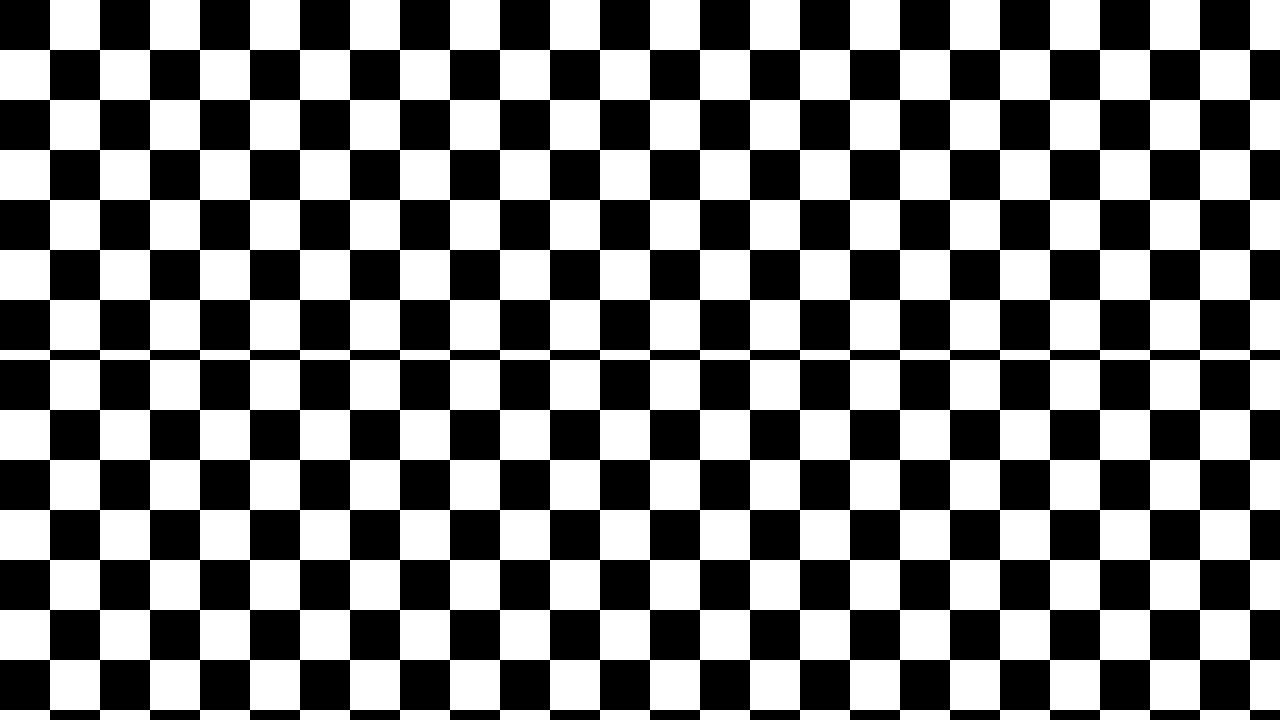
Repository: atwesson/portfoilo
Page: index.html
An editor plug-in stored every save of this project. The page is shown before and after the next save, followed by the edit.
The browser window is 1280 px wide. The pictures show the whole page.

Above is the page before, as saved 2021-11-17 10:10:29.

### index.html
<!DOCTYPE html>
<html lang="en">

<head>
    <meta charset="UTF-8">
    <meta http-equiv="X-UA-Compatible" content="IE=edge">
    <meta name="viewport" content="width=device-width, initial-scale=1.0">
    <link href="https://cdn.jsdelivr.net/npm/bootstrap@5.1.3/dist/css/bootstrap.min.css" rel="stylesheet"
        integrity="sha384-1BmE4kWBq78iYhFldvKuhfTAU6auU8tT94WrHftjDbrCEXSU1oBoqyl2QvZ6jIW3" crossorigin="anonymous">
    <link rel="stylesheet" type="text/css" href="style.css">
    <title>portfoilo
    </title>
</head>

<body>
    <section>
        <div class="pattern">
            <div class="face face1">
            </div>
            <div class="face face2"></div>
        </div>
    </section>



    <script src="https://cdn.jsdelivr.net/npm/bootstrap@5.1.3/dist/js/bootstrap.bundle.min.js"
        integrity="sha384-ka7Sk0Gln4gmtz2MlQnikT1wXgYsOg+OMhuP+IlRH9sENBO0LRn5q+8nbTov4+1p"
        crossorigin="anonymous"></script>
    <script src="scripts.js"></script>
</body>

</html>

### style.css
*
{
    margin: 0;
    padding: 0;
}

section{
    position: fixed;
    top: 0;
    left: 0;
    width: 100%;
    height: 100vh;
    overflow: hidden;
}
.pattern
{
    position: relative;
    transform-style: preserve-3d;
    perspective: 1000px;
}

.pattern .face{
    position: relative;
    width: 100%;
    height: 50vh;
    background: url(/assets/check.jpg);
    background-size: 100px 100px;
}{
.pattern .face.face2{
    height: 100vh;
    transform-origin: top;
    transform: rotateX(70deg);
}

Loaded but not shown: scripts.js (no stored copy; drawn as an empty file)

After the next save:
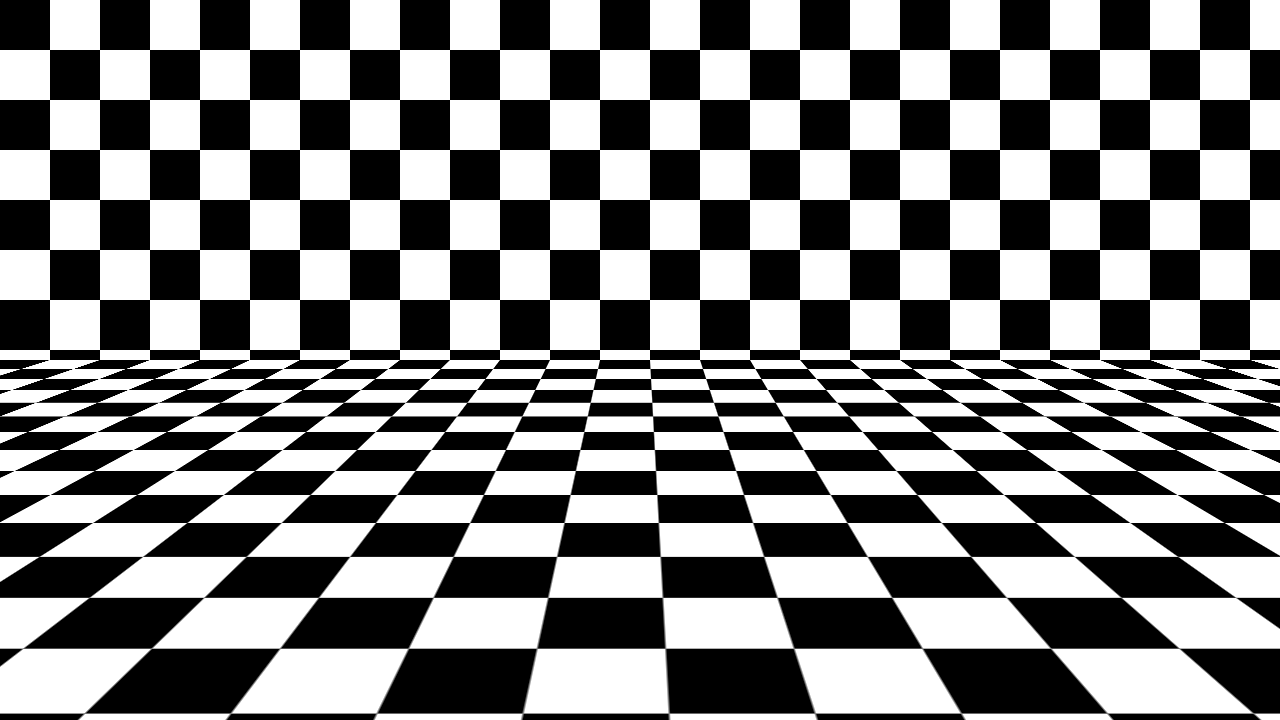
Saved 35 s later.
--- a/style.css
+++ b/style.css
@@ -25,7 +25,7 @@ section{
     height: 50vh;
     background: url(/assets/check.jpg);
     background-size: 100px 100px;
-}{
+}
 .pattern .face.face2{
     height: 100vh;
     transform-origin: top;
